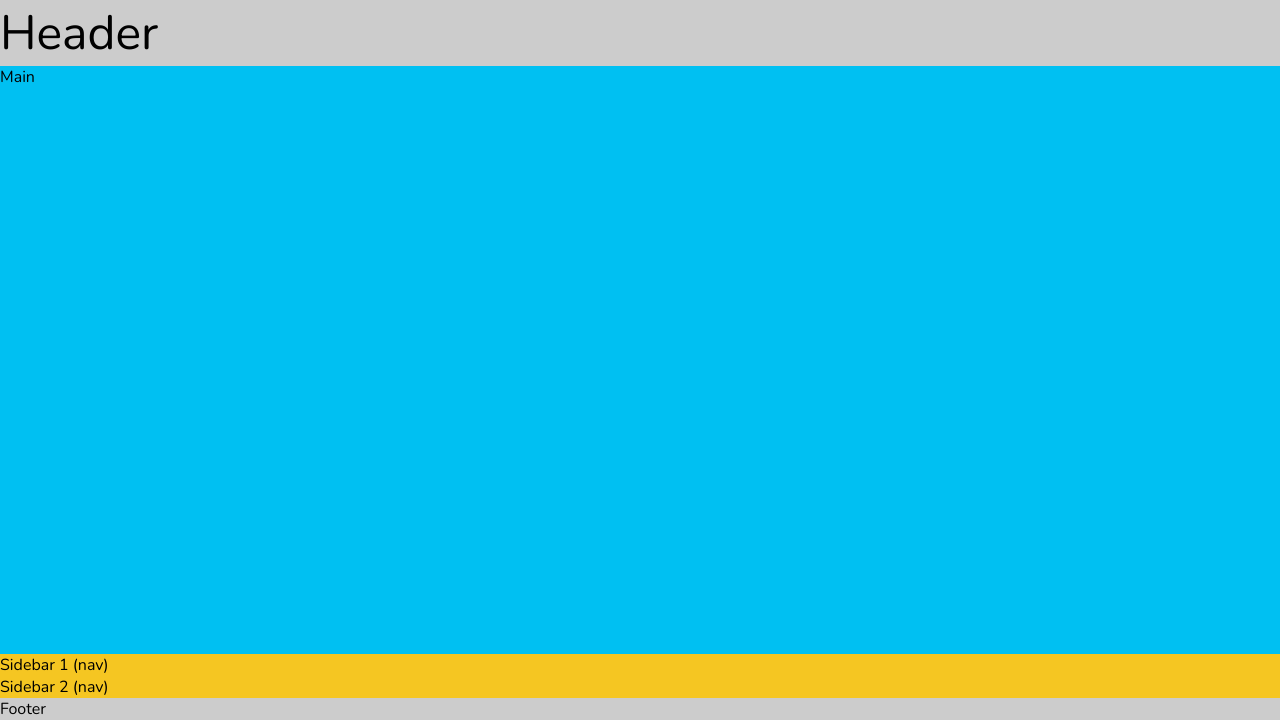
Repository: mariocapitbrok/css-combining-grid-and-flexbox-0105
Page: index.html
An editor plug-in stored every save of this project. The page is shown before and after the next save, followed by the edit.
The browser window is 1280 px wide. The pictures show the whole page.

Above is the page before, as saved 2022-10-06 14:57:53.

After the next save:
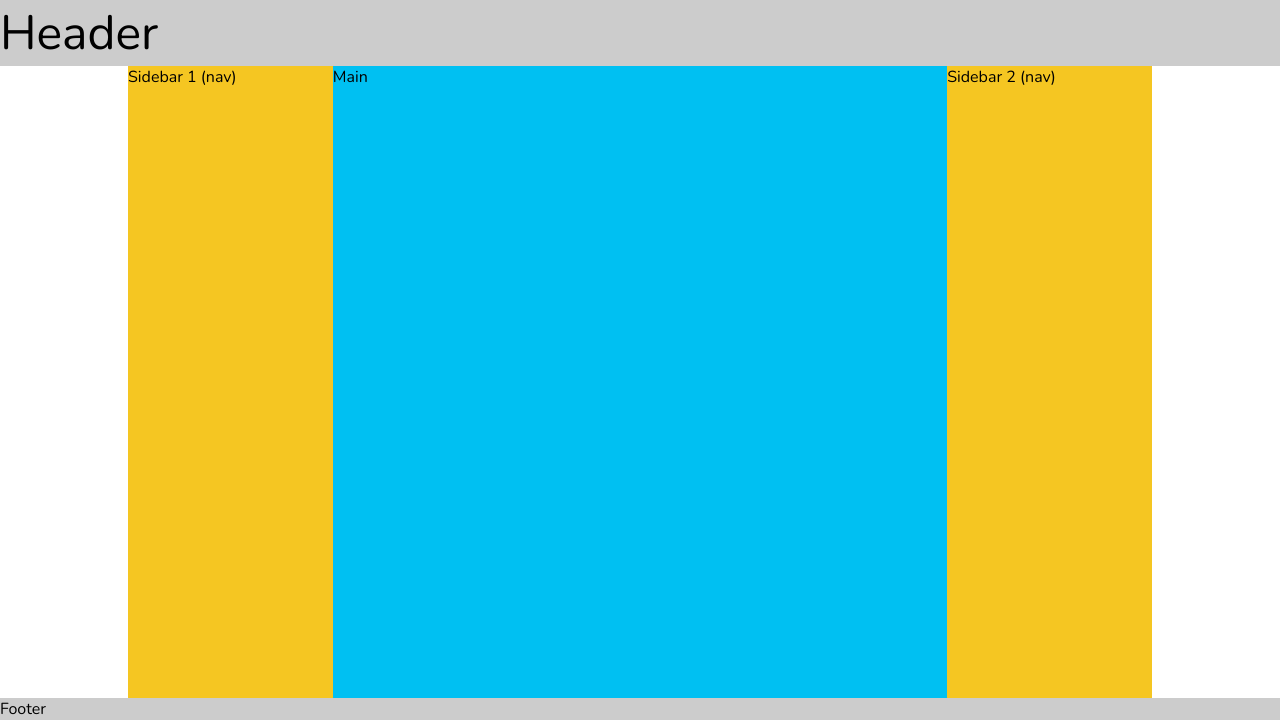
Saved 94 s later.
--- a/styles/base.css
+++ b/styles/base.css
@@ -38,10 +38,18 @@ aside {
 }
 
 @media (min-width: 768px) {
-    main {}
+    main {
+        width: 80%;
+        margin: 0 auto;
+        flex-direction: row;
+    }
 
-    aside {}
+    aside {
+        flex: 0 0 20%;
+    }
 
-    .sidebar1 {}
+    .sidebar1 {
+        order: -1;
+    }
 
 }
